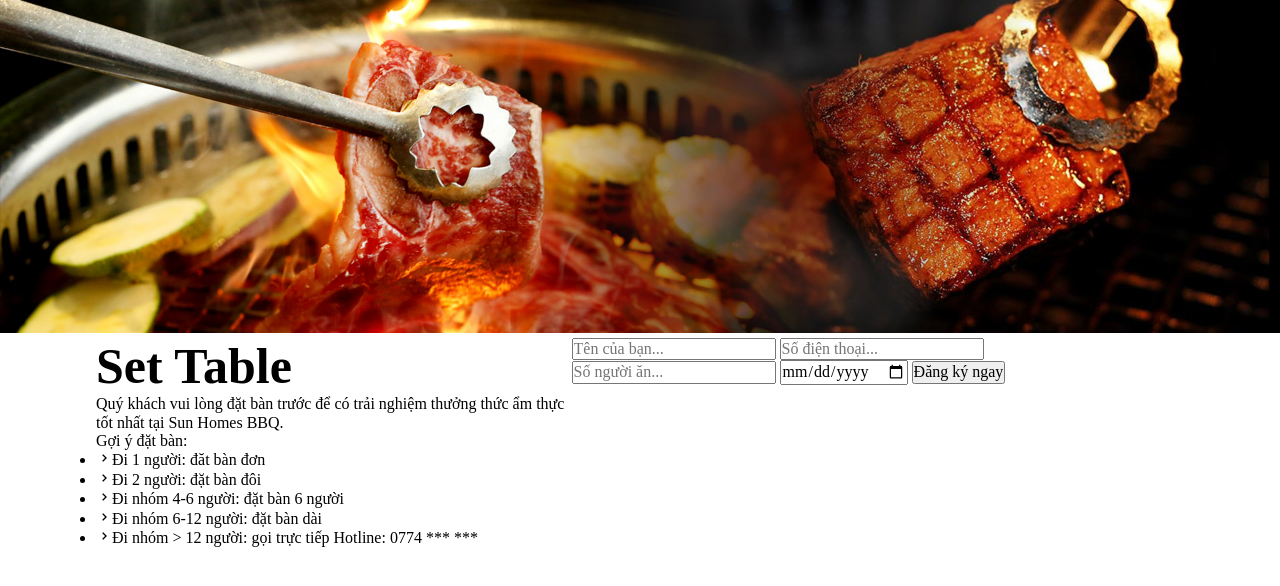
Repository: QUANGTHAI2003/sunhomesbbq
Page: DatBan.html
These files come from the project's save history. The page is drawn as it stood at one moment and after the next save; the edit follows.
The browser window is 1280 px wide. The pictures show the whole page.
Some web fonts or font styles are not loaded; a fallback is used.

Above is the page before, as saved 2022-02-13 12:41:32.

### DatBan.html
<!DOCTYPE html>
<html lang="en">
<head>
    <meta charset="UTF-8">
    <meta http-equiv="X-UA-Compatible" content="IE=edge">
    <meta name="viewport" content="width=device-width, initial-scale=1.0">
    <link rel="stylesheet" href="https://cdnjs.cloudflare.com/ajax/libs/normalize/8.0.1/normalize.min.css">
    <link rel="stylesheet" href="style.css">
    <link rel="stylesheet" href="./assets/fonts/fontawesome-free-5.15.4-web/css/all.min.css">
    <link href='https://unpkg.com/boxicons@2.1.1/css/boxicons.min.css' rel='stylesheet'>
    <link href="https://fonts.googleapis.com/css2?family=Roboto:wght@300;500;700&display=swap" rel="stylesheet">
    <link href="https://fonts.googleapis.com/css2?family=Berkshire+Swash&display=swap" rel="stylesheet">
    <title>Document</title>
</head>
<body>
    <img src="img/banner.jpg" width="100%" top="0" alt="">
    <div class="wrapper">
        <div class="set-table">
            <h3 class="heading-DB">Set Table</h3>
            <p>Quý khách vui lòng đặt bàn trước để có trải nghiệm thưởng thức ẩm thực tốt nhất tại Sun Homes BBQ.</p>
            <p>Gợi ý đặt bàn: </p>
            <ul>
                <li><i class='bx bx-chevron-right'></i>Đi 1 người: đăt bàn đơn</li>
                <li><i class='bx bx-chevron-right'></i>Đi 2 người: đặt bàn đôi</li>
                <li><i class='bx bx-chevron-right'></i>Đi nhóm 4-6 người: đặt bàn 6 người</li>
                <li><i class='bx bx-chevron-right'></i>Đi nhóm 6-12 người: đặt bàn dài</li>
                <li><i class='bx bx-chevron-right'></i>Đi nhóm > 12 người: gọi trực tiếp Hotline: 0774 *** ***</li>
            </ul>
        </div>
        <div class="set-table-info">
            <input type="text" placeholder="Tên của bạn...">
            <input type="number" placeholder="Số điện thoại..." >
            <input type="number" min="1" step="1" placeholder="Số người ăn..." >
            <input type="date">
            <input type="submit" name="submit" value="Đăng ký ngay" placeholder="Đăng ký ngay" id="sign">
        </div>
    </div>
</body>
</html>

### style.css
* {
    margin: 0;
    padding: 0;
    box-sizing: border-box;
}
html {
    scroll-behavior: smooth;
}
.container {
    overflow: hidden;
}

.header {
    height: 100px;
    background-color: #000;
    position: fixed;
    top: 0;
    right: 0;
    left: 0;
}

.header img {
    padding: 8px;
    width: 350px;
}
/* Navigation bar */

.nav {
    max-width: 85%;
    display: flex;
}

#logo {
    float: left;
    padding: 0 100px;
}

@media screen and (max-width: 1400px) {
    #logo {
        padding: 6px 50px;
    }
    .header img {
        width: 300px;
    }
    .nav a {
        font-size: 14px;
    }
}

.nav > ul {
    flex-wrap: wrap;
}

.nav li {
    list-style: none;
    line-height: 100px;
    font-weight: 500;
}

.nav li a {
    color: #c6c6c6;
    padding: 6px 15px;
    text-decoration: none;
}
.nav li a:active,
.nav li a:hover {
    color: #f3e385;
    font-weight: bold;
}
.nav li:active a {
    color: #f3e385;
    font-weight: bold;
}

.nav li:last-child a {
    border: 1px solid #c6c6c6;
    border-radius: 5px;
    text-transform: none;
}

.nav li:last-child a:hover {
    background-color: #f3e385;
    color: #000;
}
/* Content */
.content {
    height: 100vh;
}

.section-heading {
    font-family: 'Berkshire Swash', cursive;
    font-size: 30px;
    letter-spacing: 2px;
    word-spacing: 8px;
}

.content-section-sunhomes {
    display: flex;
    max-width: 85%;
    background-size: cover;
    background-position: 50% 50%;
    margin: 0 auto;
    padding: 24px;
}

.section-left-sunhomes {
    padding: 0 15px 30px;
    width: 50%;
}

.section-left-sunhomes .section-heading {
    font-size: 50px;
    margin: 0 0 15px;
    font-family: Berkshire Swash;
}

.section-left-sunhomes .section-content {
    font-size: 16px;
    margin: 0 0 20px;
    line-height: 1.4;
    color: #777777;
}

.section-left-sunhomes .section-content span {
    font-weight: 700;
}
.section-images-sunhomes {
    flex-basis: 50%;
}

.section-images-sunhomes img {
    width: 260px;
    height: 400px;
    flex-basis: 50%;
    padding: 15px;
}

@media screen and (max-width: 1400px) {
    .section-images-sunhomes img {
        width: 220px;
    }
}

.img-1 {
    display: inline-block;
    overflow: hidden;
    position: relative;
}

.img-1 img {
    transition: all 0.5s ease-in-out;
}

.img-1:hover img {
    -webkit-transform: scale(1.1);
    transform: scale(1.2);
}

.img-2 {
    display: inline-block;
    overflow: hidden;
    position: relative;
}

.img-2 img {
    transition: all 0.5s ease-in-out;
}

.img-2:hover img {
    -webkit-transform: scale(1.1);
    transform: scale(1.1);
}

.content-section-menu {
    display: flex;
    max-width: 85%;
    background-size: cover;
    background-position: 50% 50%;
    margin: 0 auto;
    padding: 24px;
}
.section-images-menu {
    display: flex;
}

.section-right-menu {
    flex: 1;
    padding: 30px 30px;
}

.section-right-menu .section-heading {
    color: #c0c0c0;
    font-size: 50px;
    margin: 0 15px;
}

.section-right-menu .section-content {
    font-size: 16px;
    margin: 0 20px;
    line-height: 1.4;
    color: #777777;
}

.section-right-menu .section-content span {
    font-weight: 700;
}
.section-images-menu {
    flex: 1;
}

.img-3 {
    filter: grayscale(100%);
}

.img-3:hover {
    filter: grayscale(0%);
    transition: 0.8s;
}

.img-4 {
    filter: grayscale(100%);
}

.img-4:hover {
    filter: grayscale(0%);
    transition: 0.8s;
}

.img-5 {
    filter: grayscale(100%);
}

.img-5:hover {
    filter: grayscale(0%);
    transition: 0.8s;
}

.img-6 {
    filter: grayscale(100%);
}

.img-6:hover {
    filter: grayscale(0%);
    transition: 0.8s;
}

.section-images-menu img {
    width: 280px;
    height: 200px;
    flex-basis: 25%;
    padding: 15px;
}

.bg-menu {
    background-color: #000;
    height: 480px;
}

.btn-menu {
    display: inline-block;
    color: #c0c0c0;
    font-size: 18px;
    padding: 10px 20px;
    border: 1px solid #c6c6c6;
    border-radius: 5px;
    text-transform: none;
    margin: 12px 20px;
}

.btn-menu:hover {
    color: #555;
    background: #ccc;
    font-weight: bold;
}

.btn-menu .icon-menu {
    color: #c0c0c0;
    font-size: 16px;
}

.btn-menu:hover .icon-menu {
    color: #555;
    background: #ccc;
    font-weight: bold;
}

.icon-menu:hover {
    color: #ccc;
    background: #000;
}

.btn-res {
    display: inline-block;
    color: #727272;
    font-size: 18px;
    padding: 10px 20px;
    border: 1px solid #727272;
    border-radius: 5px;
    text-transform: none;
    font-weight: bold;
}

.btn-res:hover {
    color: #ccc;
    background: #555;
    font-weight: bold;
}

.btn-res .icon-menu {
    color: #000;
    font-size: 16px;
}

/* Footer */
.footer {
    background: #000;
    font-size: 14px;
    line-height: 1.4;
}

.copyright {
    display: flex;
    max-width: 80%;
    margin: 0 auto;
    justify-content: space-between;
    color: #ffffff80;
    padding: 10px;
    bottom: 0;
    top: 0;
}

.sign-now {
    background: url(./img/banner.jpg);
    width: 100%;
    height: 100px;
}

.endow {
    max-width: 80%;
    margin: 0 auto;
    opacity: 1;
}

.sign-now span {
    color: #000;
    line-height: 100px;
    margin: 0 20px;
    font-size: 18px;
    font-weight: 500;
}

.sign-now .endow #Email {
    width: 360px;
    height: 40px;
    border-radius: 20px;
    padding: 0 15px;
    margin: 0 5px 0 120px;
    background: rgba(204, 204, 204, 0.4);
    outline: none;
}

.sign-now .endow #Email::placeholder {
    color: #fff;
    font-size: 18px;
}

.sign-now .endow #sign {
    width: 150px;
    height: 40px;
    border-radius: 8px;
    background: #f3e385;
}

.sign-now .endow #sign::placeholder {
    color: #000;
    font-size: 18px;
    font-weight: bold;
}

.sign-now .endow #sign:hover {
    opacity: 0.8;
}

@media screen and (max-width: 1400px) {
    .sign-now span {
        font-size: 16px;
    }

    .sign-now .endow #Email {
        margin: 0 5px 0 60px;
        width: 200px;
    }

    .sign-now .endow #sign {
        width: 120px;
    }
}

.brand {
    display: flex;
    height: 100px;
    justify-content: space-between;
    align-items: center;
    margin: 0 auto;
    max-width: 85%;
}

.brand img {
    width: 8%;
    height: 50px;
}

.brand1 {
    filter: grayscale(100%);
}

.brand1:hover {
    filter: grayscale(0%);
    transition: 0.8s;
}

.brand2 {
    filter: grayscale(100%);
}

.brand2:hover {
    filter: grayscale(0%);
    transition: 0.8s;
}

.brand3 {
    filter: grayscale(100%);
}

.brand3:hover {
    filter: grayscale(0%);
    transition: 0.8s;
}

.brand4 {
    filter: grayscale(100%);
}

.brand4:hover {
    filter: grayscale(0%);
    transition: 0.8s;
}

.brand5 {
    filter: grayscale(100%);
}

.brand5:hover {
    filter: grayscale(0%);
    transition: 0.8s;
}

.brand6 {
    filter: grayscale(100%);
}

.brand6:hover {
    filter: grayscale(0%);
    transition: 0.8s;
}

.brand7 {
    filter: grayscale(100%);
}

.brand7:hover {
    filter: grayscale(0%);
    transition: 0.8s;
}

.brand8 {
    filter: grayscale(100%);
}

.brand8:hover {
    filter: grayscale(0%);
    transition: 0.8s;
}

.brand9 {
    filter: grayscale(100%);
}

.brand9:hover {
    filter: grayscale(0%);
    transition: 0.8s;
}

.brand10 {
    filter: grayscale(100%);
}

.brand10:hover {
    filter: grayscale(0%);
    transition: 0.8s;
}

#myBtn {
    position: fixed;
    bottom: 30px;
    right: 10px;
    float: right;
    right: 5%;
    left: 95%;
    max-width: 30px;
    width: 80px;
    height: 30px;
    font-size: 20px;
    border-color: rgba(85, 85, 85, 0.2);
    background-color: rgb(100, 100, 100);
    padding: 1px;
    border-radius: 60px;
}

.arrow {
    font-size: 20px;
    padding: 1px 0;
}

#myBtn:hover {
    opacity: 0.8;
}

/* Gioi Thieu */
.wrapper {
    display: flex;
    max-width: 85%;
    margin: 0 auto;
}

.heading-GT {
    display: inline-block;
    font-size: 24px;
    padding: 10px 90px;
    font-weight: bold;
}

.para-GT {
    line-height: 1.4;
    margin: 20px 0;
    color: #777777;
}

.Gioi-Thieu1,
.Gioi-Thieu2 {
    width: 600px;
    margin: 30px 30px;
}

.Gioi-Thieu1 img,
.Gioi-Thieu2 img {
    width: 600px;
}

@media screen and (max-width: 1400px) {
    .Gioi-Thieu1,
    .Gioi-Thieu2 {
        width: 500px;
        margin: 30px 15px;
    }

    .Gioi-Thieu1 img,
    .Gioi-Thieu2 img {
        width: 500px;
    }

    .heading-GT {
        display: inline-block;
        font-size: 20px;
        padding: 10px 70px;
        font-weight: bold;
    }
}

/* Dat Ban */

.heading-DB {
    font-size: 50px;
}

After the next save:
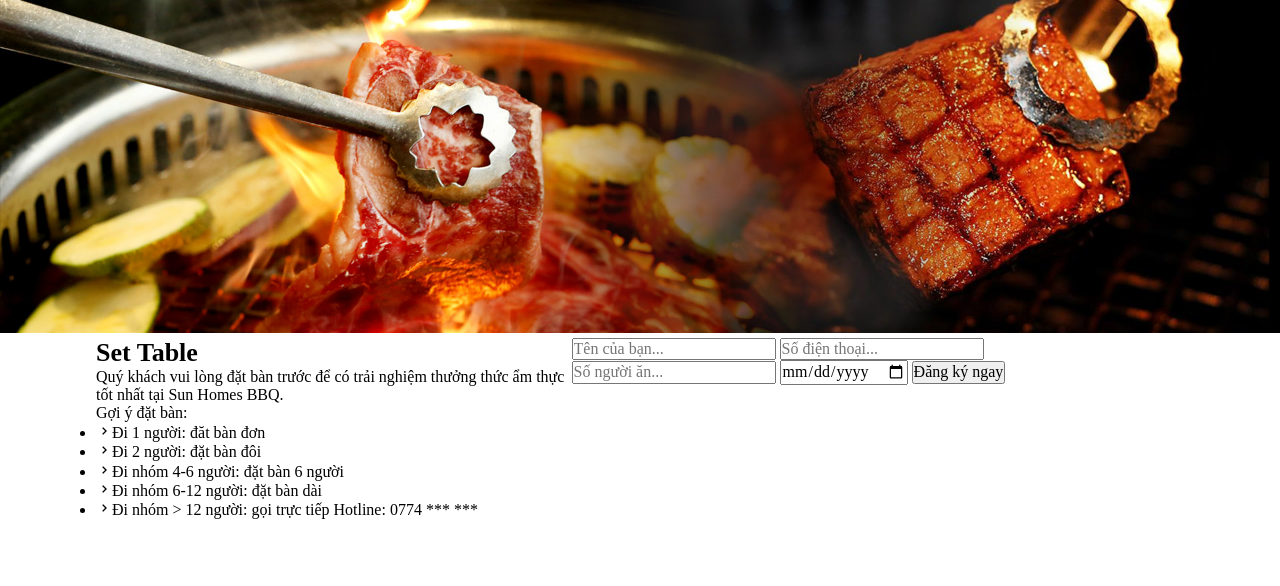
Saved 15 s later.
--- a/style.css
+++ b/style.css
@@ -580,5 +580,5 @@
 /* Dat Ban */
 
 .heading-DB {
-    font-size: 50px;
-}
+    font-size: 26px;
+}
